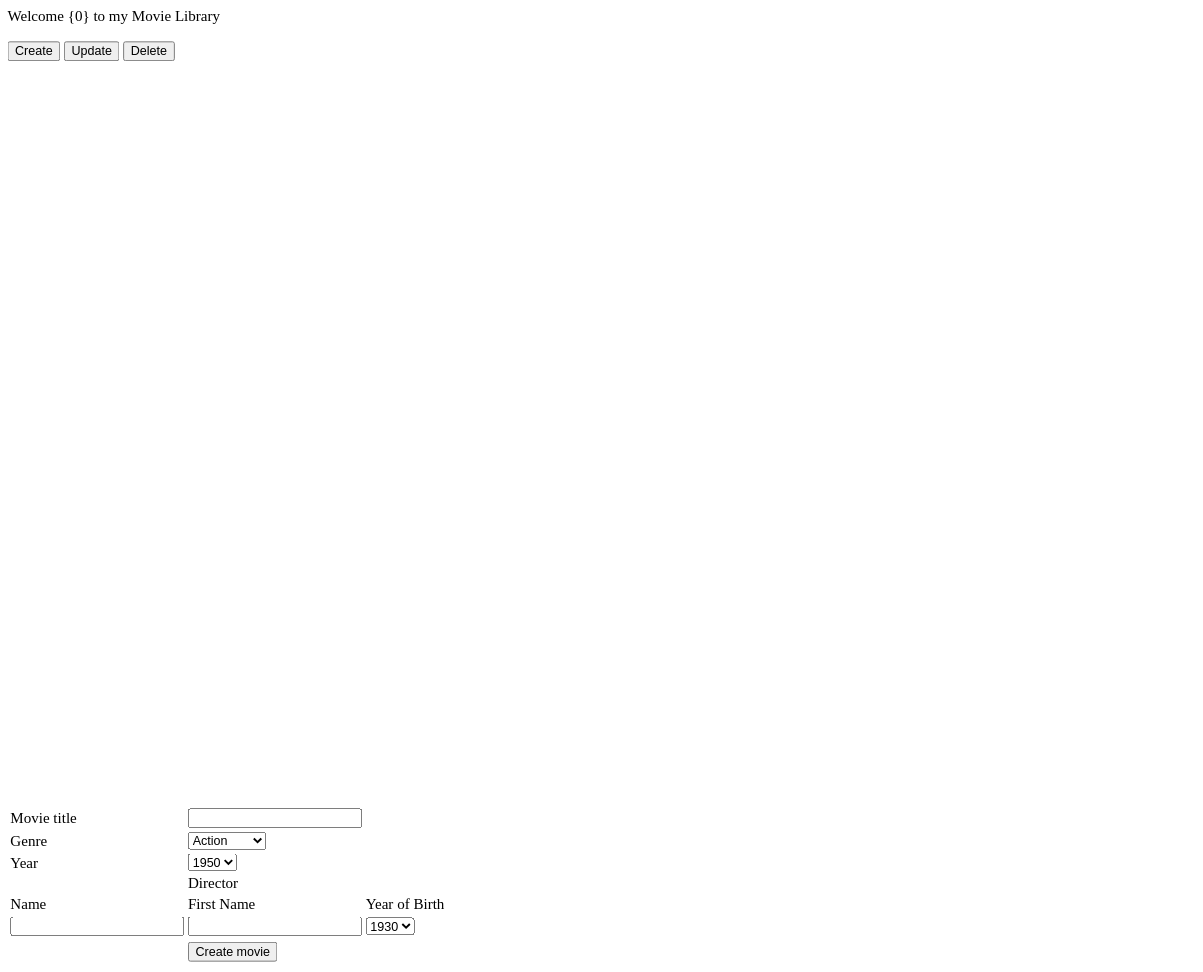
Repository: Romanetvin/InteractMovieLibrary
Page: http://localhost/Interact/views/home.jsp
The author's editor kept a copy of each file at every save. The page is drawn from the files as they stood at one save, then again after the next save.
The browser window is 1280 px wide. The pictures show the whole page, at 94% of full size.
The page is served by Tomcat 9. Other server files are loaded and not shown.

Above is the page before, as saved 2017-02-01 14:30:20.

### Interact/src/main/webapp/views/home.jsp
<%@ page language="java" contentType="text/html; charset=UTF-8" isELIgnored="false"
    pageEncoding="UTF-8"%>
<%@taglib uri="http://www.springframework.org/tags" prefix="spring"%>
<!DOCTYPE html PUBLIC "-//W3C//DTD HTML 4.01 Transitional//EN" "http://www.w3.org/TR/html4/loose.dtd">
<html>
<head>
<meta http-equiv="Content-Type" content="text/html; charset=UTF-8">
<title><spring:message code="homePage.title"/></title>
</head>
<body>
	<spring:message code="homePage.label.welcome" arguments="${user}"/>

	<br>
	<br>


	<a href="#movieForm"><button><spring:message code="homePage.label.create"></spring:message></button></a>

	<a href="/movie/update"><button><spring:message code="homePage.label.update"></spring:message></button></a>

	<a href="/movie/delete"><button><spring:message code="homePage.label.delete"></spring:message></button></a>

	<br>
	<br>
	<br>
	<br>
	<br>
	<br><br>
	<br>
	<br><br>
	<br>
	<br><br>
	<br>
	<br><br>
	<br>
	<br><br>
	<br>
	<br><br>
	<br>
	<br><br>
	<br>
	<br><br>
	<br>
	<br><br>
	<br>
	<br><br>
	<br>
	<br><br>
	<br>
	<br><br>
	<br>
	<br><br>
	<br>
	<br>



	<form action="/movie/add" id="movieForm">
		<table border="0">
			<tr>
				<td>Movie title</td>
				<td><input type="text"/></td>
			</tr>
			<tr>
				<td>Genre </td>
				<td><select>
					<option>Action</option>
					<option>Adventure</option>
					<option>Comedy</option>
					<option>Crime</option>
					<option>Drama</option>
					<option>SciFi</option>
					<option>Western</option>
				</select></td>
				</tr>
				<tr>
					<td>Year</td>
					<td>
						<select>
					<%for(int i = 1950; i<2018;i++){ %>
						<option name="year" value="<%=i%>"><%=i%></option>
					<%} %>
						</select>
					</td>
				</tr>
				<tr>
					<td></td><td> Director</td>
				</tr>
				<tr>
					<td>Name</td><td>First Name</td><td>Year of Birth</td>
				</tr>
				<tr>
					<td><input type="text" name="directorName"></td><td><input type="text" name="directorFN"></td><td><select>
					<%for(int i = 1930; i<2001;i++){ %>
						<option name="directorYoB" value="<%=i%>"><%=i%></option>
					<%} %>
						</select></td>
				</tr>
				<tr></tr>
				<tr><td></td><td><input type="submit" name="movieForm"value="Create movie"></td></tr>

			</table>

	</form>
</body>
</html>

After the next save:
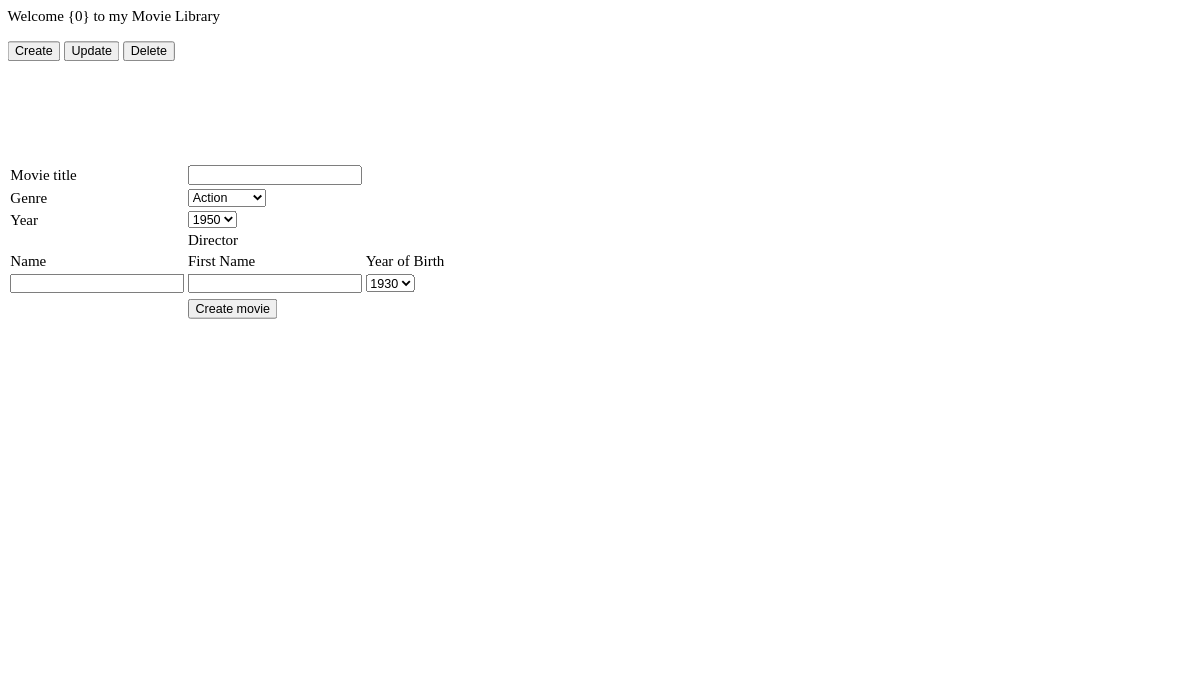
Saved 70 s later.
--- a/Interact/src/main/webapp/views/home.jsp
+++ b/Interact/src/main/webapp/views/home.jsp
@@ -26,32 +26,7 @@
 	<br>
 	<br>
 	<br><br>
-	<br>
-	<br><br>
-	<br>
-	<br><br>
-	<br>
-	<br><br>
-	<br>
-	<br><br>
-	<br>
-	<br><br>
-	<br>
-	<br><br>
-	<br>
-	<br><br>
-	<br>
-	<br><br>
-	<br>
-	<br><br>
-	<br>
-	<br><br>
-	<br>
-	<br><br>
-	<br>
-	<br><br>
-	<br>
-	<br>
+
 
 
 
